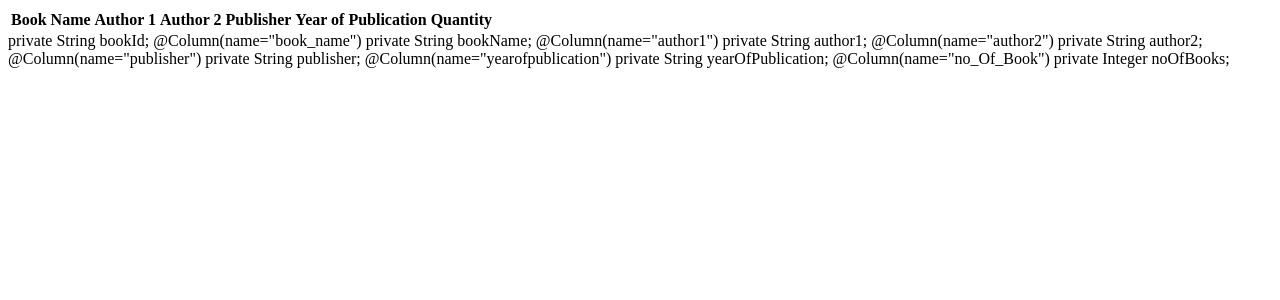
Repository: paragpatidar/LibraryManagementSystem
Page: http://localhost/LibraryManagementSystemSpring/DisplayBook.jsp
An editor plug-in stored every save of this project. The page is shown before and after the next save, followed by the edit.
The browser window is 1280 px wide. The pictures show the whole page.
The page is served by Tomcat 9. Nobody is signed in. The application's start-up code is not run. Other server files are loaded and not shown.

Above is the page before, as saved 2017-11-07 10:39:04.

### LibraryManagementSystemSpring/WebContent/DisplayBook.jsp
<%@ page language="java" contentType="text/html; charset=ISO-8859-1"
    pageEncoding="ISO-8859-1"%>
<%@ taglib uri="http://java.sun.com/jsp/jstl/core" prefix="c"%>
<!DOCTYPE html PUBLIC "-//W3C//DTD HTML 4.01 Transitional//EN" "http://www.w3.org/TR/html4/loose.dtd">
<html>
<head>
<meta http-equiv="Content-Type" content="text/html; charset=ISO-8859-1">
<title>Display Book</title>
</head>
<body>
<table>
<tr><th>Book Name<th>Author 1<th>Author 2<th>Publisher<th>Year of Publication<th>Quantity

</table>

private String bookId;
	@Column(name="book_name")
	private String bookName;
	@Column(name="author1")
	private String author1;
	@Column(name="author2")
	private String author2;
	@Column(name="publisher")
	private String publisher;
	@Column(name="yearofpublication")
	private String yearOfPublication;
	@Column(name="no_Of_Book")
	private Integer noOfBooks;
</body>
</html>

After the next save:
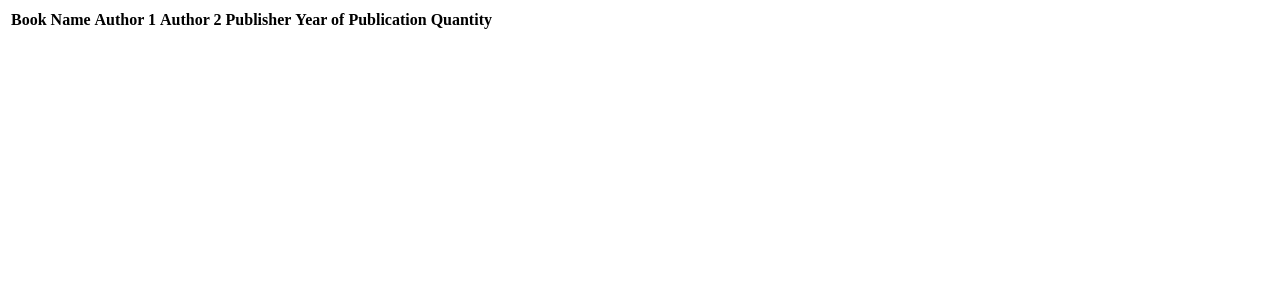
Saved 4 min 58 s later.
--- a/LibraryManagementSystemSpring/WebContent/DisplayBook.jsp
+++ b/LibraryManagementSystemSpring/WebContent/DisplayBook.jsp
@@ -10,21 +10,16 @@
 <body>
 <table>
 <tr><th>Book Name<th>Author 1<th>Author 2<th>Publisher<th>Year of Publication<th>Quantity
-
+<c:forEach items="" var="book">
+<tr>
+<td>{book.bookName}
+<td>{book.author1}
+<td>{book.author2}
+<td>{book.publisher}
+<td>{book.yearOfPublication}
+<td>{book.noOfBooks}
+<td><a href="">Delete</a>
+</c:forEach>
 </table>
-
-private String bookId;
-	@Column(name="book_name")
-	private String bookName;
-	@Column(name="author1")
-	private String author1;
-	@Column(name="author2")
-	private String author2;
-	@Column(name="publisher")
-	private String publisher;
-	@Column(name="yearofpublication")
-	private String yearOfPublication;
-	@Column(name="no_Of_Book")
-	private Integer noOfBooks;
 </body>
 </html>
